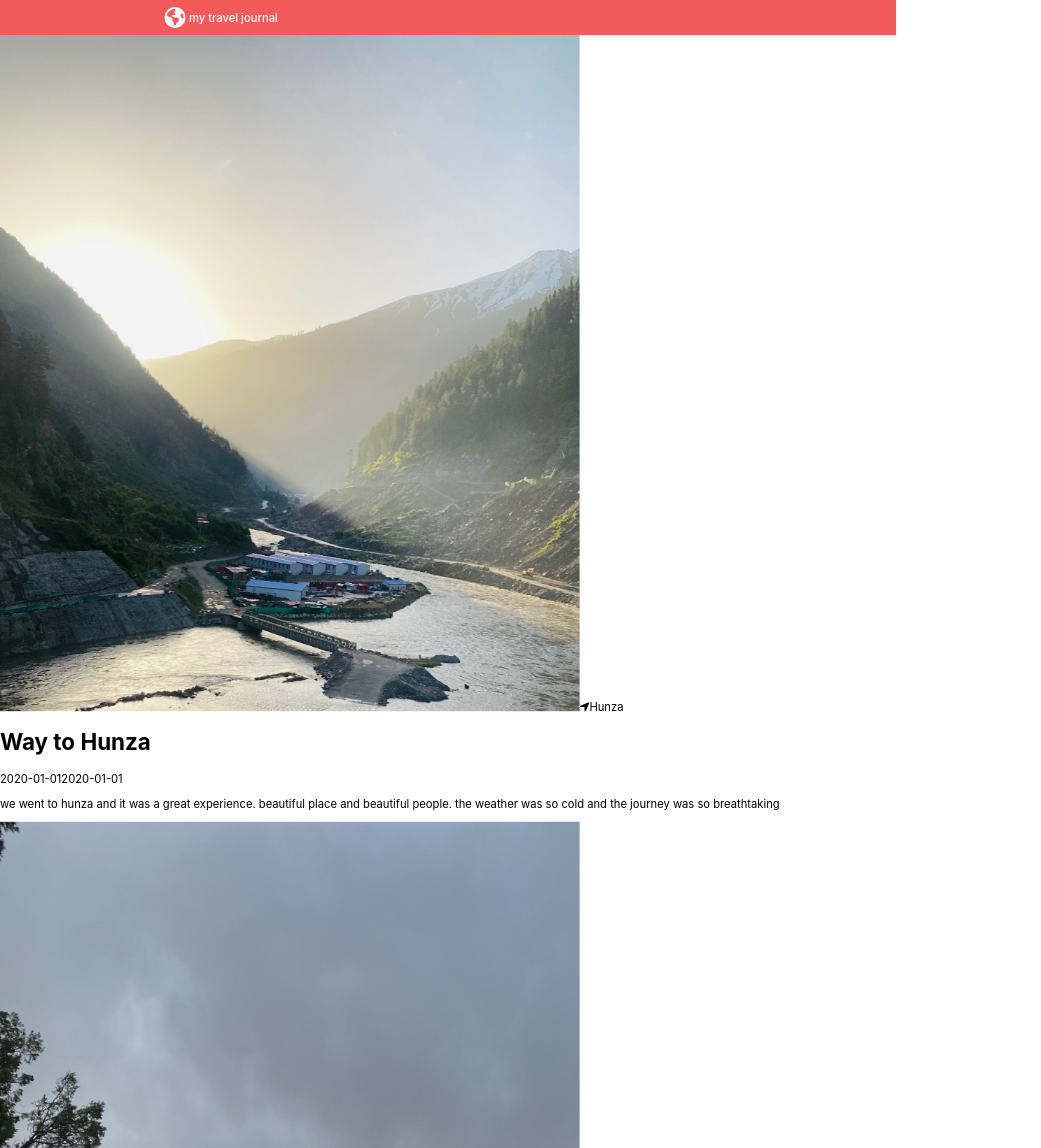
Repository: mortiestmorty1/travel-journal
Page: /
These files come from the project's save history. The page is drawn as it stood at one moment and after the next save; the edit follows.
The browser window is 1280 px wide. The page is 1280 px wide, then 1487 px, so the pictures cover 1487 px, including what lies to the right of the window. The pictures show the part of the page from y = 0 to 1640 px (the page is 5144 px tall before and 861 px after), at 70% of full size.
The project was rebuilt for these pictures with package versions that can differ from the ones it lists, and the page was loaded fresh each time.

Above is the page before, as saved 2024-01-17 14:42:31.

### src/App.js
import logo from './logo.svg';
import './App.css';
import Navbar from "./components/navbar";
import Data from "./components/data.js";
import Content from "./components/content.js";

function App() {
  const  Memories = Data.map((item) => {
    return<Content
          key={item.id}
          item={item}
    />
  })
  return (
    <div className="App">
      <Navbar />
      {Memories}
    </div>
  );
}

export default App;

### src/App.css
.Nav-container{
    display: flex;
    justify-content: space-between;
    align-items: center;
    background-color: #F55A5A;
    height: 50px;
}
.navbar{
    display: flex;
    justify-content: space-between;
    align-items: center;
    background-color: #F55A5A;
    margin-left: 230px;
}
.title{
  color: azure;
  font-weight: 500;
  margin-left: 5px;
}
.earth{
  width: 30px;
  height: 30px;
  margin-left: 5px;
  color: azure;
}

### src/components/navbar.js
import React from "react";
import { FontAwesomeIcon } from "@fortawesome/react-fontawesome";
import { faEarth } from "@fortawesome/free-solid-svg-icons";
import "../App.css";

function Navbar(){
    return(
        <div className="Nav-container">
            <nav className="navbar">
                <FontAwesomeIcon icon={faEarth} className="earth"></FontAwesomeIcon>
                <span className="title">
                        my travel journal
                </span>
            </nav>
        </div>
    )
}
export default Navbar;

### src/components/data.js
import Hunza from "./way-to-hunza.jpeg";
import Meadows from "./way-to-meadows.jpeg";
import Cones from "./cones.jpeg";
import Glake from "./green-lake.jpeg";

export default [
    {
        id:1,
        img: Hunza,
        location: "Hunza",
        googlelink: "https://www.google.com/maps/place/Hunza+Valley,+Gilgit-Baltistan,+Pakistan/",
        Title: "Way to Hunza",
        datestart:"2020-01-01",
        dateend: "2020-01-01",
        description:"we went to hunza and it was a great experience. beautiful place and beautiful people. the weather was so cold and the journey was so breathtaking"
    }
    ,
    {
        id:2,
        img: Meadows,
        location: "Meadows",
        googlelink: "https://www.google.com/maps/place/Meadows,+Gilgit-Baltistan,+Pakistan/",
        Title: "Way to Meadows",
        datestart:"2020-01-01",
        dateend: "2020-01-01",
        description:"we went to Meadows and it was a great experience. beautiful place and beautiful people. the weather was so cold and the journey was so breathtaking"
    }
    ,
    {
        id:3,
        img: Cones,
        location: "Cones",
        googlelink: "https://www.google.com/maps/place/Cones,+Gilgit-Baltistan,+Pakistan/",
        Title: "Way to Cones",
        datestart:"2020-01-01",
        dateend: "2020-01-01",
        description:"we went to Cones and it was a great experience. beautiful place and beautiful people. the weather was so cold and the journey was so breathtaking"
    }
    ,
    {
        id:4,
        img: Glake,
        location: "Green Lake",
        googlelink: "https://www.google.com/maps/place/Green+Lake,+Gilgit-Baltistan,+Pakistan/",
        Title: "Way to Green Lake",
        datestart:"2020-01-01",
        dateend: "2020-01-01",
        description:"we went to Green Lake and it was a great experience. beautiful place and beautiful people. the weather was so cold and the journey was so breathtaking"
    }
]

### src/components/content.js
import React from "react";
import { FontAwesomeIcon } from "@fortawesome/react-fontawesome";
import { faLocationArrow } from "@fortawesome/free-solid-svg-icons";
import "../App.css";
function Content(props){

    return(
        <div className="content-container">
            <img className="image" src={props.item.img}>
            </img>
            <FontAwesomeIcon icon={faLocationArrow} className="location"></FontAwesomeIcon>
            <span className="location">
                {props.item.location}
            </span>
            <a href={props.googlelink}></a>
            <h1 className="Title">{props.item.Title}</h1>
            <span className="date-start">{props.item.datestart}</span>
            <span className="date-end">{props.item.dateend}</span>
            <p className="description">{props.item.description}</p>
        </div>
    )
}

export default Content;

Loaded but not shown: public/index.html (common file); src/index.js (common file); src/index.css (common file); src/reportWebVitals.js (common file)

After the next save:
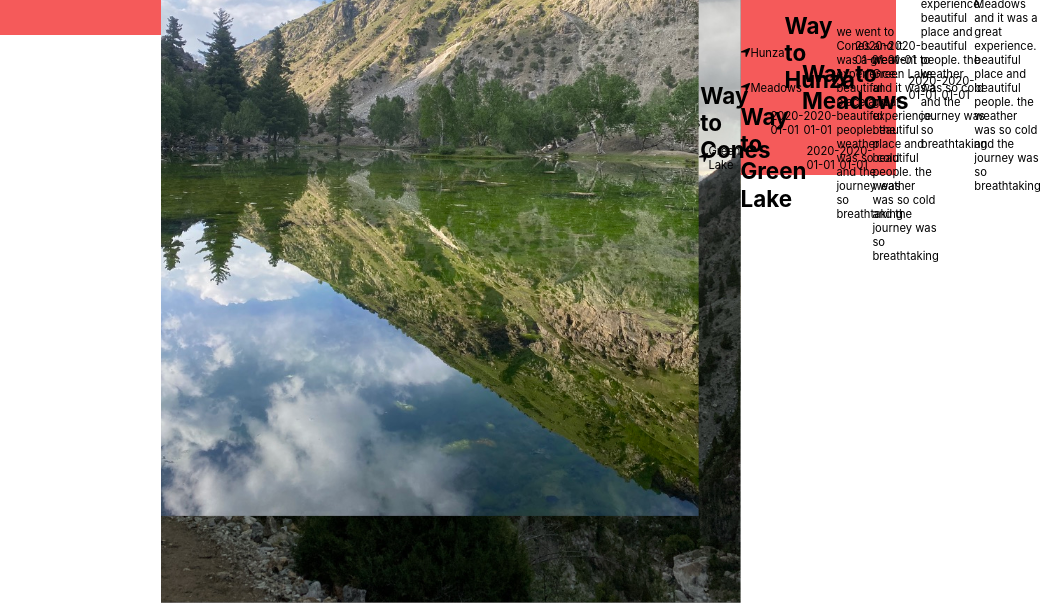
Saved 16 s later.
--- a/src/App.css
+++ b/src/App.css
@@ -23,3 +23,11 @@
   margin-left: 5px;
   color: azure;
 }
+.content-container{
+  display: flex;
+  justify-content: space-between;
+  align-items: center;
+  background-color: #F55A5A;
+  height: 50px;
+  margin-left: 230px;
+}
